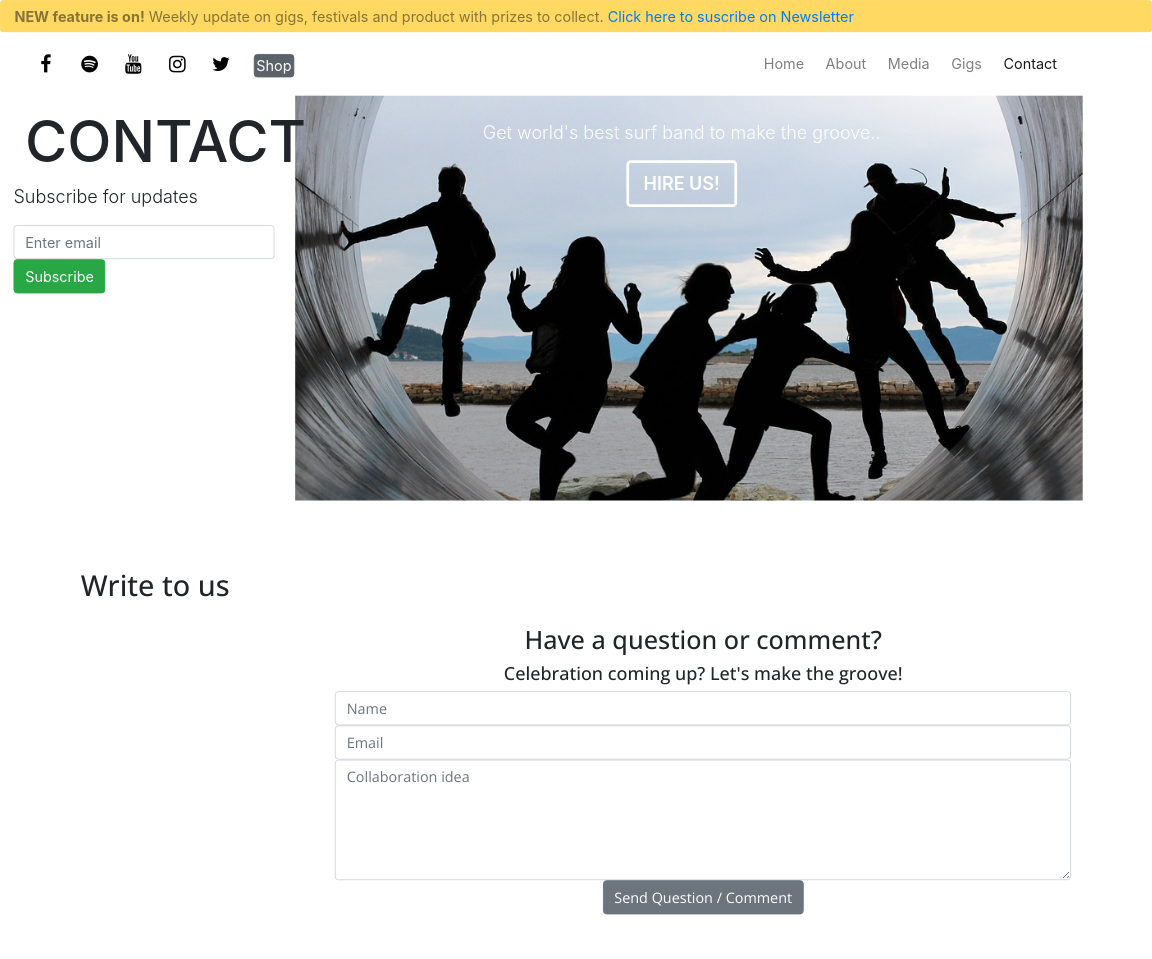
Repository: NamcorStudent/Stream_1_Project_HTML5-CSS3
Page: contact.html
The author's editor kept a record of every edit. The page is drawn from the files as they stood at one moment, then again after the next edit.
The browser window is 1280 px wide. The pictures show the whole page, at 90% of full size.
Some web libraries are served in a nearby version.

Above is the page before.

After the next edit:
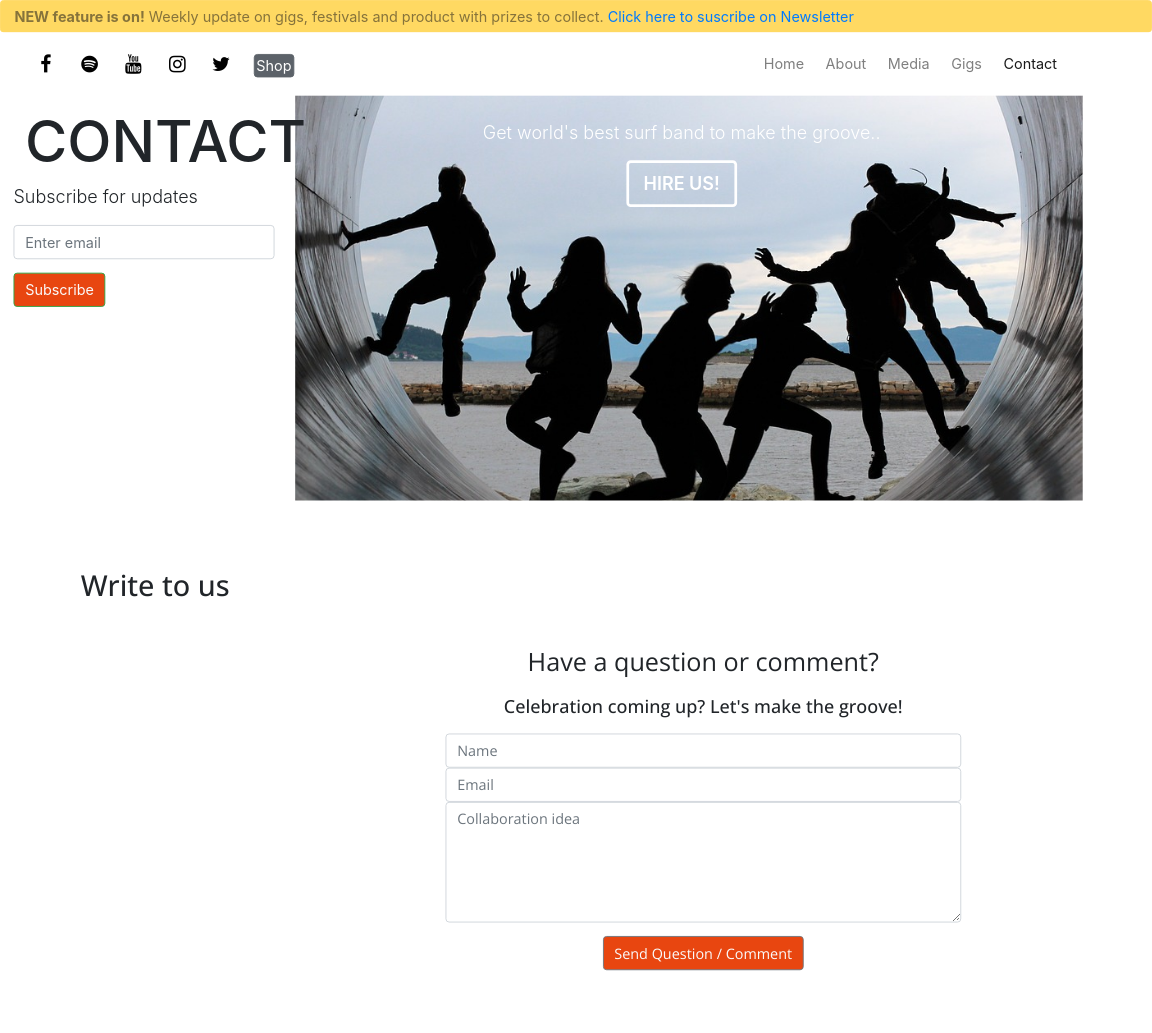
The edit:
--- a/assets/css/style.css
+++ b/assets/css/style.css
@@ -478,3 +478,24 @@ button#next{
     background-color: #000;
     border: 1px solid #000;
 }
+
+/*------------------------------------------CONTACT--------------------------*/
+
+.contact-heading {
+    font-weight: 300;
+    margin-top: 25px;
+    margin-bottom: 20px;
+}
+
+.center-form {
+    padding-top: 10px;
+    margin: 0 auto;
+    max-width: 70%;
+}
+
+button[type="submit"] {
+    margin-top: 15px;
+    margin-bottom: 20px;
+    color: #fafafa;
+    background-color: #e84610;
+}
